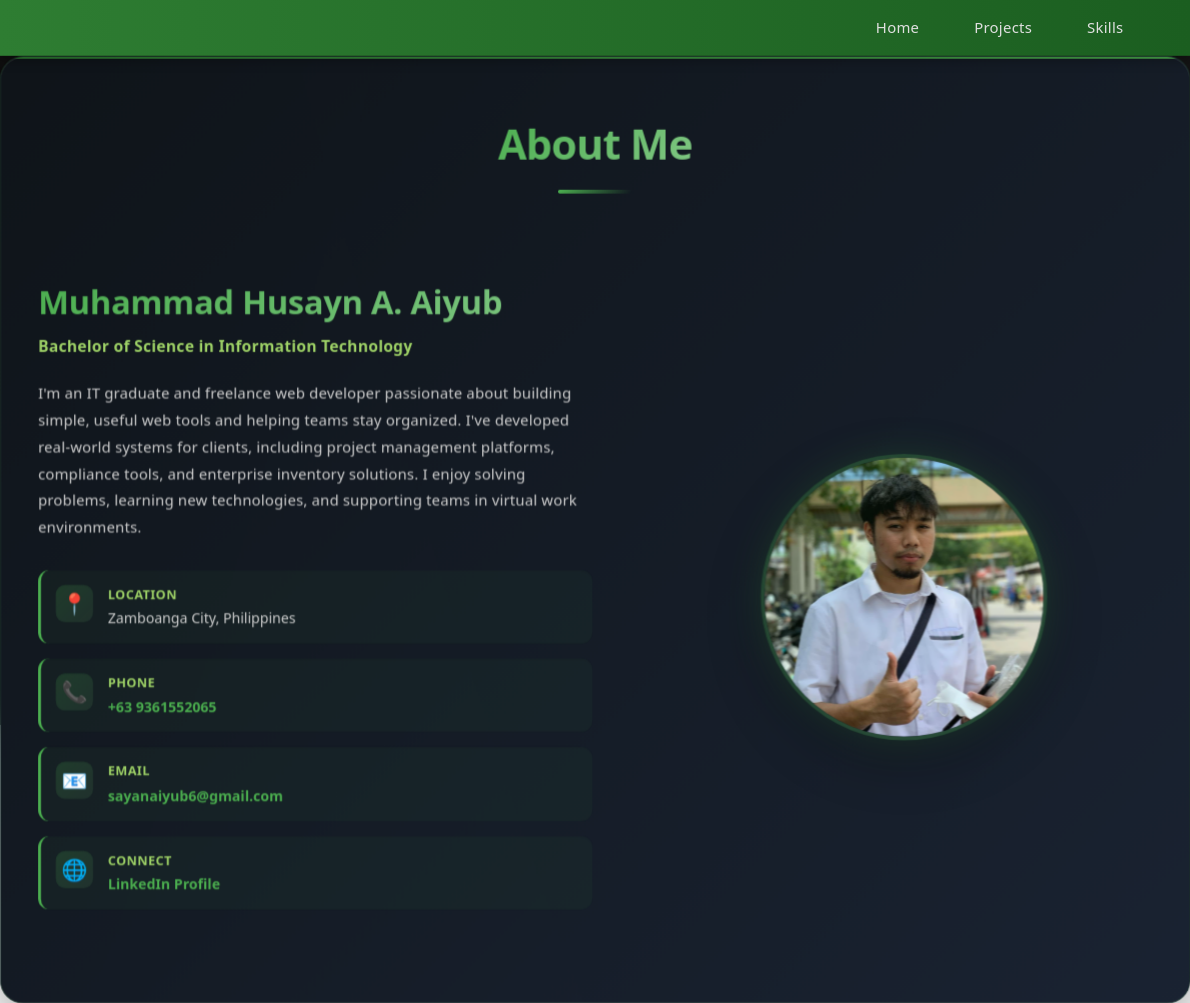
Repository: SAYANA11/portfolio
Page: /
These files come from the project's save history. The page is drawn as it stood at one moment and after the next save; the edit follows.
The browser window is 1280 px wide. The pictures show the whole page, at 93% of full size.
The project was rebuilt for these pictures with package versions that can differ from the ones it lists, and the page was loaded fresh each time. Also part of the build but not shown: vite.config.js, src/components/Projects.css, src/components/Projects.jsx, src/components/Skills.css, src/components/Skills.jsx.

Above is the page before, as saved 2026-02-17 16:33:51.

### index.html
<!doctype html>
<html lang="en">
  <head>
    <meta charset="UTF-8" />
    <link rel="icon" type="image/svg+xml" href="/vite.svg" />
    <meta name="viewport" content="width=device-width, initial-scale=1.0" />
    <title>Muhammad Husayn Aiyub - Portfolio</title>
  </head>
  <body>
    <div id="root"></div>
    <script type="module" src="/src/main.jsx"></script>
  </body>
</html>

### src/index.css
:root {
  font-family: system-ui, Avenir, Helvetica, Arial, sans-serif;
  line-height: 1.5;
  font-weight: 400;

  color-scheme: light dark;
  color: rgba(255, 255, 255, 0.87);
  background-color: #242424;

  font-synthesis: none;
  text-rendering: optimizeLegibility;
  -webkit-font-smoothing: antialiased;
  -moz-osx-font-smoothing: grayscale;
}
/* Add in index.css or global style file */

a {
  font-weight: 500;
  color: #646cff;
  text-decoration: inherit;
}
a:hover {
  color: #535bf2;
}

html, body, #root {
  height: 100%;
  margin: 0;
  padding: 0;
}

body {
  margin: 0;
  min-width: 320px;
  background: linear-gradient(135deg, #0f0f0f 0%, #1a1a1a 100%);
  min-height: 100vh;
  position: relative;
}

body::before {
  content: '';
  position: fixed;
  top: 0;
  left: 0;
  right: 0;
  bottom: 0;
  background: linear-gradient(135deg, #0f0f0f 0%, #1a1a1a 100%);
  z-index: -1;
}

h1 {
  font-size: 3.2em;
  line-height: 1.1;
}

button {
  border-radius: 8px;
  border: 1px solid transparent;
  padding: 0.6em 1.2em;
  font-size: 1em;
  font-weight: 500;
  font-family: inherit;
  background-color: #1a1a1a;
  cursor: pointer;
  transition: border-color 0.25s;
}
button:hover {
  border-color: #646cff;
}
button:focus,
button:focus-visible {
  outline: 4px auto -webkit-focus-ring-color;
}

@media (prefers-color-scheme: light) {
  :root {
    color: #213547;
    background-color: #ffffff;
  }
  a:hover {
    color: #747bff;
  }
  button {
    background-color: #f9f9f9;
  }
}

### src/App.jsx
import React from "react";
import { BrowserRouter as Router, Routes, Route } from "react-router-dom";
import NavBar from "./components/Navbar";
import Hero from "./components/Hero";
import Projects from "./components/Projects";
import Skills from "./components/Skills";

function App() {
  return (
    <Router>
      <NavBar />
      <Routes>
        <Route path="/" element={<Hero />} />
        <Route path="/Projects" element={<Projects />} />
        <Route path="/Skills" element={<Skills />} />
      </Routes>
    </Router>
  );
}

export default App;

### src/components/Navbar.jsx
import React from "react";
import { Link } from "react-router-dom";
import "./Navbar.css";

const NavBar = () => {
  return (
    <nav className="navbar">
      <ul>
        <li>
          <Link to="/">Home</Link>
        </li>
        <li>
          <Link to="/Projects">Projects</Link>
        </li>
        <li>
          <Link to="/Skills">Skills</Link>
        </li>
      </ul>
    </nav>
  );
};

export default NavBar;

### src/components/Hero.jsx
import React from "react";
import myPhoto from "./sayana.jpg";
import "./Hero.css";

const Hero = () => {
  return (
    <div className="hero-container">
      {/* About Me Section - Modern Layout */}
      <div className="about-section">
        <div className="about-header">
          <h2 className="section-title">About Me</h2>
          <div className="title-accent"></div>
        </div>

        <div className="about-layout">
          {/* Left Column */}
          <div className="about-left">
            <div className="about-content-card">
              <h3 className="about-name">Muhammad Husayn A. Aiyub</h3>
              <p className="about-subtitle">Bachelor of Science in Information Technology</p>

              <p className="about-text">
                I'm an IT graduate and freelance web developer passionate about building simple, useful web tools and helping teams stay organized. I've developed real-world systems for clients, including project management platforms, compliance tools, and enterprise inventory solutions. I enjoy solving problems, learning new technologies, and supporting teams in virtual work environments.
              </p>

              {/* Contact Info with Cards */}
              <div className="contact-info">
                <div className="contact-info-item">
                  <div className="contact-icon-wrapper">
                    <span className="contact-info-icon">📍</span>
                  </div>
                  <div>
                    <p className="contact-label">Location</p>
                    <p className="contact-value">Zamboanga City, Philippines</p>
                  </div>
                </div>
                <div className="contact-info-item">
                  <div className="contact-icon-wrapper">
                    <span className="contact-info-icon">📞</span>
                  </div>
                  <div>
                    <p className="contact-label">Phone</p>
                    <a href="tel:+63-9361552065">+63 9361552065</a>
                  </div>
                </div>
                <div className="contact-info-item">
                  <div className="contact-icon-wrapper">
                    <span className="contact-info-icon">📧</span>
                  </div>
                  <div>
                    <p className="contact-label">Email</p>
                    <a href="mailto:sayanaiyub6@gmail.com">sayanaiyub6@gmail.com</a>
                  </div>
                </div>
                <div className="contact-info-item">
                  <div className="contact-icon-wrapper">
                    <span className="contact-info-icon">🌐</span>
                  </div>
                  <div>
                    <p className="contact-label">Connect</p>
                    <a href="https://linkedin.com/in/sayn-aiyub-492046963" target="_blank" rel="noopener noreferrer">LinkedIn Profile</a>
                  </div>
                </div>
              </div>
            </div>
          </div>

          {/* Right Column - Photo */}
          <div className="about-right">
            <div className="about-photo-wrapper">
              <div className="about-photo-container">
                <div className="photo-glow"></div>
                <div className="about-photo">
                  <img src={myPhoto} alt="Muhammad Husayn Aiyub" />
                </div>
              </div>
            </div>
          </div>
        </div>
      </div>
    </div>
  );
};

export default Hero;

### src/components/Navbar.css
.navbar {
    background: linear-gradient(90deg, #2e7d32 0%, #1b5e20 100%);
    color: white;
    padding: 15px 40px;
    position: fixed;
    width: 100%;
    height: 60px;
    top: 0;
    z-index: 1000;
    display: flex;
    align-items: center;
    justify-content: flex-end;
    box-shadow: 0 4px 12px rgba(0, 0, 0, 0.3);
    backdrop-filter: blur(10px);
    box-sizing: border-box;
}

.navbar ul {
    list-style: none;
    padding: 0;
    margin: 0 20px 0 0;
    display: flex;
    gap: 35px;
}

.navbar ul li {
    font-size: 16px;
    transition: all 0.3s cubic-bezier(0.4, 0, 0.2, 1);
    position: relative;
}

.navbar ul li a {
    color: #e0e0e0;
    text-decoration: none;
    transition: all 0.3s cubic-bezier(0.4, 0, 0.2, 1);
    padding: 8px 12px;
    display: block;
    border-radius: 6px;
    font-weight: 500;
    letter-spacing: 0.3px;
}

.navbar ul li a::after {
    content: '';
    position: absolute;
    bottom: 0;
    left: 0;
    width: 0;
    height: 2px;
    background: #ffd700;
    transition: width 0.3s ease;
    border-radius: 2px;
}

.navbar ul li a:hover {
    color: white;
    background: rgba(76, 175, 80, 0.2);
}

.navbar ul li a:hover::after {
    width: 100%;
}

/* Responsive */
@media (max-width: 768px) {
    .navbar ul {
        gap: 10px; /* Reduce spacing for smaller screens */
        margin: 0 10px 0 0; /* Adjust margin for smaller screens */
    }

    .navbar ul li {
        font-size: 16px; /* Adjust font size for smaller screens */
    }
}

### src/components/Hero.css
/* Import Poppins font */
@import url('https://fonts.googleapis.com/css2?family=Poppins:wght@300;400;500;600;700;800&display=swap');

/* Root Variables for Better Theme Management */
:root {
  --primary-green: #2e7d32;
  --primary-green-light: #4caf50;
  --primary-green-dark: #1b5e20;
  --accent-gold: #ffd700;
  --text-light: #f1f1f1;
  --text-dark: #333;
  --text-muted: #666;
  --background-dark: #0f1419;
  --background-dark-secondary: #1a2332;
  --card-background: rgba(45, 45, 45, 0.5);
  --card-background-glass: rgba(255, 255, 255, 0.05);
  --border-color: rgba(76, 175, 80, 0.2);
  --shadow-light: rgba(0, 0, 0, 0.1);
  --shadow-medium: rgba(0, 0, 0, 0.3);
  --shadow-heavy: rgba(0, 0, 0, 0.7);
  --gradient-primary: linear-gradient(135deg, var(--primary-green), var(--primary-green-light));
  --gradient-card: linear-gradient(145deg, #2d2d2d, #1f1f1f);
}

/* Hero Container */
.hero-container {
  padding: 60px 40px;
  max-width: 1200px;
  margin: 60px auto;
  border-radius: 25px;
  background: linear-gradient(135deg, var(--background-dark) 0%, var(--background-dark-secondary) 100%);
  backdrop-filter: blur(20px);
  border: 1px solid rgba(76, 175, 80, 0.15);
  box-shadow: 0 20px 60px rgba(0, 0, 0, 0.4), inset 0 1px 0 rgba(255, 255, 255, 0.1);
  color: var(--text-light);
  position: relative;
  overflow: hidden;
}

.hero-container::before {
  content: '';
  position: absolute;
  top: 0;
  left: 0;
  right: 0;
  height: 2px;
  background: var(--gradient-primary);
  border-radius: 25px 25px 0 0;
}

.hero-container::after {
  content: '';
  position: absolute;
  top: -50%;
  right: -20%;
  width: 500px;
  height: 500px;
  background: radial-gradient(circle, rgba(76, 175, 80, 0.1) 0%, transparent 70%);
  border-radius: 50%;
  pointer-events: none;
}

/* About Section */
.about-section {
  position: relative;
  z-index: 1;
  animation: fadeInUp 0.8s ease-out;
}

.about-header {
  text-align: center;
  margin-bottom: 50px;
}

/* Section Title */
.section-title {
  font-size: clamp(2rem, 5vw, 2.8rem);
  font-weight: 800;
  background: linear-gradient(135deg, #4caf50, #81c784);
  -webkit-background-clip: text;
  -webkit-text-fill-color: transparent;
  background-clip: text;
  margin: 0;
  letter-spacing: -0.02em;
  animation: fadeInDown 0.8s ease-out 0.1s both;
  position: relative;
  display: inline-block;
}

/* Title Accent */
.title-accent {
  height: 4px;
  width: 80px;
  background: linear-gradient(90deg, #4caf50, transparent);
  border-radius: 2px;
  margin: 16px auto 0;
  animation: slideIn 0.8s ease-out 0.3s both;
}

@keyframes slideIn {
  from {
    width: 0;
    opacity: 0;
  }
  to {
    width: 80px;
    opacity: 1;
  }
}

/* Two Column Layout */
.about-layout {
  display: grid;
  grid-template-columns: 1.1fr 1fr;
  gap: 60px;
  align-items: center;
}

/* About Left - Content Card */
.about-left {
  display: flex;
  flex-direction: column;
  gap: 0;
  animation: fadeInLeft 0.8s ease-out 0.2s both;
}

.about-content-card {
  background: transparent;
  border: none;
  border-radius: 20px;
  padding: 40px 0;
  transition: all 0.4s cubic-bezier(0.4, 0, 0.2, 1);
}

.about-content-card:hover {
  transform: translateY(-3px);
}

.about-name {
  font-size: clamp(1.5rem, 3.5vw, 2.2rem);
  font-weight: 800;
  background: linear-gradient(135deg, #4caf50, #81c784);
  -webkit-background-clip: text;
  -webkit-text-fill-color: transparent;
  background-clip: text;
  margin: 0 0 8px 0;
  letter-spacing: -0.01em;
  animation: fadeInUp 0.8s ease-out 0.3s both;
}

.about-subtitle {
  font-size: 1.05rem;
  color: #a0d468;
  margin: 0 0 24px 0;
  font-weight: 600;
  letter-spacing: 0.3px;
  animation: fadeInUp 0.8s ease-out 0.35s both;
}

.about-text {
  font-size: 1rem;
  line-height: 1.8;
  color: #d0d0d0;
  margin: 0 0 32px 0;
  letter-spacing: 0.2px;
  animation: fadeInUp 0.8s ease-out 0.4s both;
}

/* Contact Info Cards */
.contact-info {
  display: flex;
  flex-direction: column;
  gap: 16px;
  animation: fadeInUp 0.8s ease-out 0.45s both;
}

.contact-info-item {
  display: flex;
  align-items: flex-start;
  gap: 16px;
  padding: 16px;
  background: rgba(76, 175, 80, 0.05);
  border-left: 3px solid #4caf50;
  border-radius: 12px;
  transition: all 0.3s cubic-bezier(0.4, 0, 0.2, 1);
}

.contact-info-item:hover {
  background: rgba(76, 175, 80, 0.12);
  border-left-color: #81c784;
  transform: translateX(8px);
  box-shadow: 0 4px 16px rgba(76, 175, 80, 0.1);
}

.contact-icon-wrapper {
  display: flex;
  align-items: center;
  justify-content: center;
  width: 40px;
  height: 40px;
  background: linear-gradient(135deg, rgba(76, 175, 80, 0.2), rgba(129, 199, 132, 0.1));
  border-radius: 10px;
  flex-shrink: 0;
}

.contact-info-icon {
  font-size: 1.4rem;
}

.contact-info-item > div {
  display: flex;
  flex-direction: column;
  gap: 4px;
}

.contact-label {
  font-size: 0.85rem;
  color: #a0d468;
  margin: 0;
  font-weight: 600;
  text-transform: uppercase;
  letter-spacing: 0.5px;
}

.contact-value {
  font-size: 0.95rem;
  color: #d0d0d0;
  margin: 0;
  font-weight: 500;
}

.contact-info-item a {
  color: #4caf50;
  text-decoration: none;
  font-weight: 600;
  transition: all 0.3s ease;
  font-size: 0.95rem;
  margin: 0;
}

.contact-info-item a:hover {
  color: #81c784;
  text-decoration: underline;
}

/* About Right - Photo Section */
.about-right {
  display: flex;
  justify-content: center;
  align-items: center;
  animation: fadeInRight 0.8s ease-out 0.3s both;
}

.about-photo-wrapper {
  position: relative;
  width: 100%;
  max-width: 350px;
}

.about-photo-container {
  position: relative;
  width: 300px;
  height: 300px;
  margin: 0 auto;
}

.photo-glow {
  position: absolute;
  top: -20px;
  left: -20px;
  right: -20px;
  bottom: -20px;
  background: radial-gradient(circle, rgba(76, 175, 80, 0.25) 0%, transparent 70%);
  border-radius: 50%;
  filter: blur(30px);
  animation: pulse 3s ease-in-out infinite;
}

.about-photo {
  position: relative;
  width: 300px;
  height: 300px;
  border-radius: 50%;
  overflow: hidden;
  border: 4px solid rgba(76, 175, 80, 0.3);
  box-shadow: 0 0 40px rgba(76, 175, 80, 0.2), 0 20px 60px rgba(0, 0, 0, 0.3);
  transition: all 0.4s cubic-bezier(0.4, 0, 0.2, 1);
  backdrop-filter: blur(10px);
}

.about-photo::before {
  content: '';
  position: absolute;
  inset: 0;
  background: linear-gradient(135deg, rgba(76, 175, 80, 0.1) 0%, transparent 100%);
  border-radius: 50%;
  pointer-events: none;
  z-index: 1;
}

.about-photo img {
  width: 100%;
  height: 100%;
  object-fit: cover;
  transition: transform 0.4s cubic-bezier(0.4, 0, 0.2, 1);
}

.about-photo:hover {
  border-color: rgba(76, 175, 80, 0.6);
  box-shadow: 0 0 60px rgba(76, 175, 80, 0.3), 0 30px 80px rgba(0, 0, 0, 0.4);
  transform: scale(1.02);
}

.about-photo:hover img {
  transform: scale(1.08);
}

/* Animations */
@keyframes fadeInUp {
  from {
    opacity: 0;
    transform: translateY(30px);
  }
  to {
    opacity: 1;
    transform: translateY(0);
  }
}

@keyframes fadeInDown {
  from {
    opacity: 0;
    transform: translateY(-20px);
  }
  to {
    opacity: 1;
    transform: translateY(0);
  }
}

@keyframes fadeInLeft {
  from {
    opacity: 0;
    transform: translateX(-30px);
  }
  to {
    opacity: 1;
    transform: translateX(0);
  }
}

@keyframes fadeInRight {
  from {
    opacity: 0;
    transform: translateX(30px);
  }
  to {
    opacity: 1;
    transform: translateX(0);
  }
}

@keyframes pulse {
  0%, 100% {
    transform: scale(1);
    opacity: 0.3;
  }
  50% {
    transform: scale(1.1);
    opacity: 0.15;
  }
}

/* Page Header */
.page-header {
  text-align: center;
  margin-bottom: 60px;
  animation: fadeInUp 0.8s ease-out 0.1s both;
}

.page-title {
  font-size: 2.5rem;
  font-weight: 700;
  color: #e0e0e0;
  margin: 0;
  letter-spacing: 0.5px;
}

/* Responsive Design */
@media (max-width: 1024px) {
  .hero-container {
    padding: 50px 30px;
    margin: 50px auto;
  }

  .about-layout {
    gap: 40px;
  }

  .about-content-card {
    padding: 30px;
  }

  .about-photo-container {
    width: 250px;
    height: 250px;
  }

  .about-photo {
    width: 250px;
    height: 250px;
  }

  .section-title {
    font-size: 2.2rem;
  }
}

@media (max-width: 768px) {
  .hero-container {
    padding: 40px 20px;
    margin: 40px auto;
    border-radius: 20px;
  }

  .about-header {
    margin-bottom: 40px;
  }

  .about-layout {
    grid-template-columns: 1fr;
    gap: 30px;
  }

  .about-content-card {
    padding: 25px;
  }

  .about-name {
    font-size: 1.8rem;
  }

  .about-text {
    font-size: 0.95rem;
    line-height: 1.7;
  }

  .section-title {
    font-size: 1.8rem;
  }

  .about-photo-container {
    width: 280px;
    height: 280px;
  }

  .about-photo {
    width: 280px;
    height: 280px;
  }

  .photo-glow {
    top: -30px;
    left: -30px;
    right: -30px;
    bottom: -30px;
  }
}

@media (max-width: 480px) {
  .hero-container {
    padding: 30px 15px;
    margin: 30px auto;
    border-radius: 16px;
  }

  .about-header {
    margin-bottom: 30px;
  }

  .section-title {
    font-size: 1.5rem;
  }

  .title-accent {
    width: 60px;
  }

  .about-name {
    font-size: 1.4rem;
  }

  .about-subtitle {
    font-size: 0.95rem;
  }

  .about-text {
    font-size: 0.9rem;
    line-height: 1.6;
  }

  .about-content-card {
    padding: 20px;
  }

  .contact-info {
    gap: 12px;
  }

  .contact-info-item {
    padding: 12px;
    gap: 12px;
  }

  .about-photo-container {
    width: 220px;
    height: 220px;
  }

  .about-photo {
    width: 220px;
    height: 220px;
  }

  .photo-glow {
    top: -20px;
    left: -20px;
    right: -20px;
    bottom: -20px;
  }

  .contact-icon-wrapper {
    width: 35px;
    height: 35px;
  }

  .contact-info-icon {
    font-size: 1.2rem;
  }
}

Loaded but not shown: src/main.jsx (common file)

After the next save:
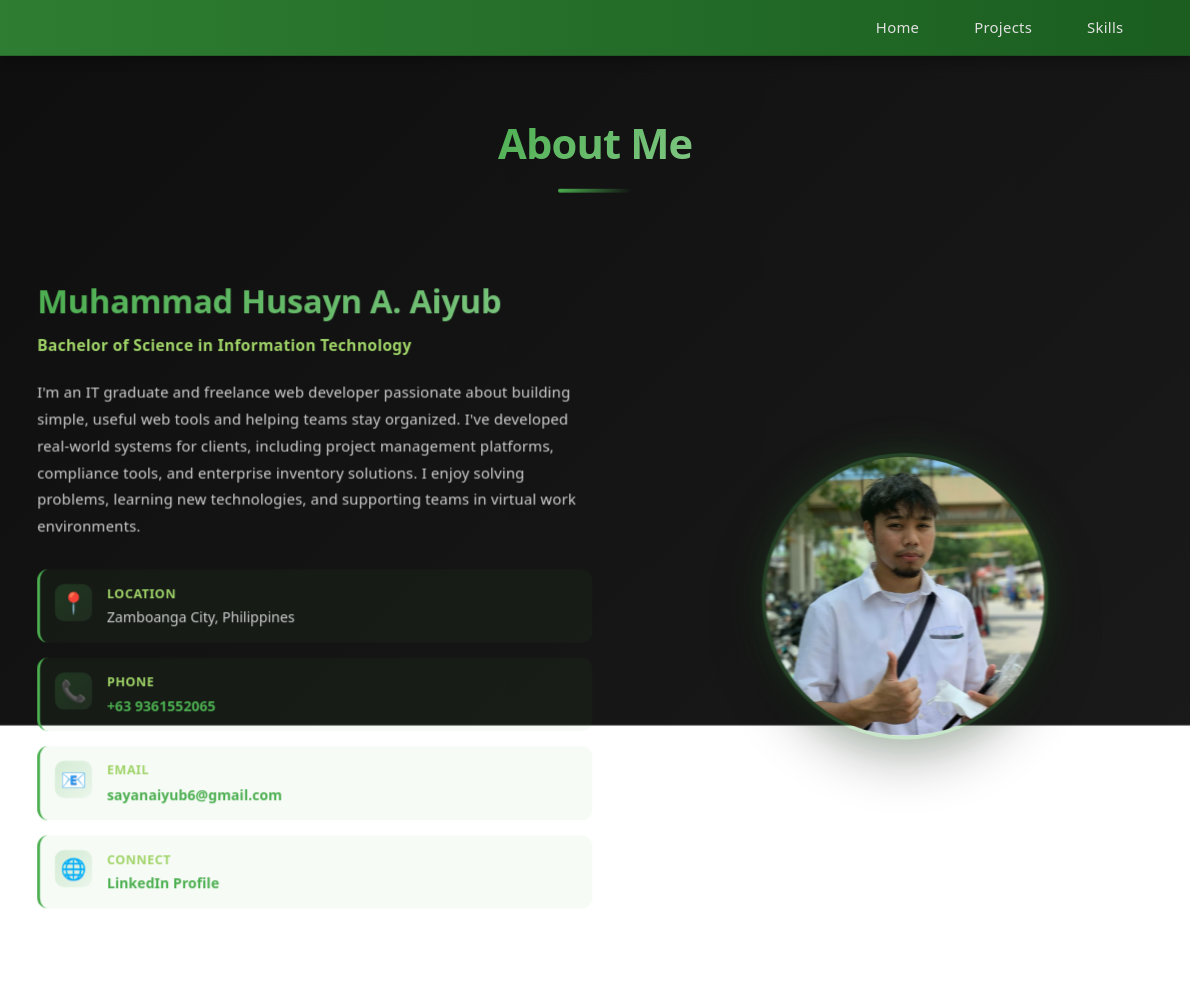
Saved 67 s later.
--- a/src/components/Hero.css
+++ b/src/components/Hero.css
@@ -27,37 +27,9 @@
   padding: 60px 40px;
   max-width: 1200px;
   margin: 60px auto;
-  border-radius: 25px;
-  background: linear-gradient(135deg, var(--background-dark) 0%, var(--background-dark-secondary) 100%);
-  backdrop-filter: blur(20px);
-  border: 1px solid rgba(76, 175, 80, 0.15);
-  box-shadow: 0 20px 60px rgba(0, 0, 0, 0.4), inset 0 1px 0 rgba(255, 255, 255, 0.1);
   color: var(--text-light);
   position: relative;
   overflow: hidden;
-}
-
-.hero-container::before {
-  content: '';
-  position: absolute;
-  top: 0;
-  left: 0;
-  right: 0;
-  height: 2px;
-  background: var(--gradient-primary);
-  border-radius: 25px 25px 0 0;
-}
-
-.hero-container::after {
-  content: '';
-  position: absolute;
-  top: -50%;
-  right: -20%;
-  width: 500px;
-  height: 500px;
-  background: radial-gradient(circle, rgba(76, 175, 80, 0.1) 0%, transparent 70%);
-  border-radius: 50%;
-  pointer-events: none;
 }
 
 /* About Section */
